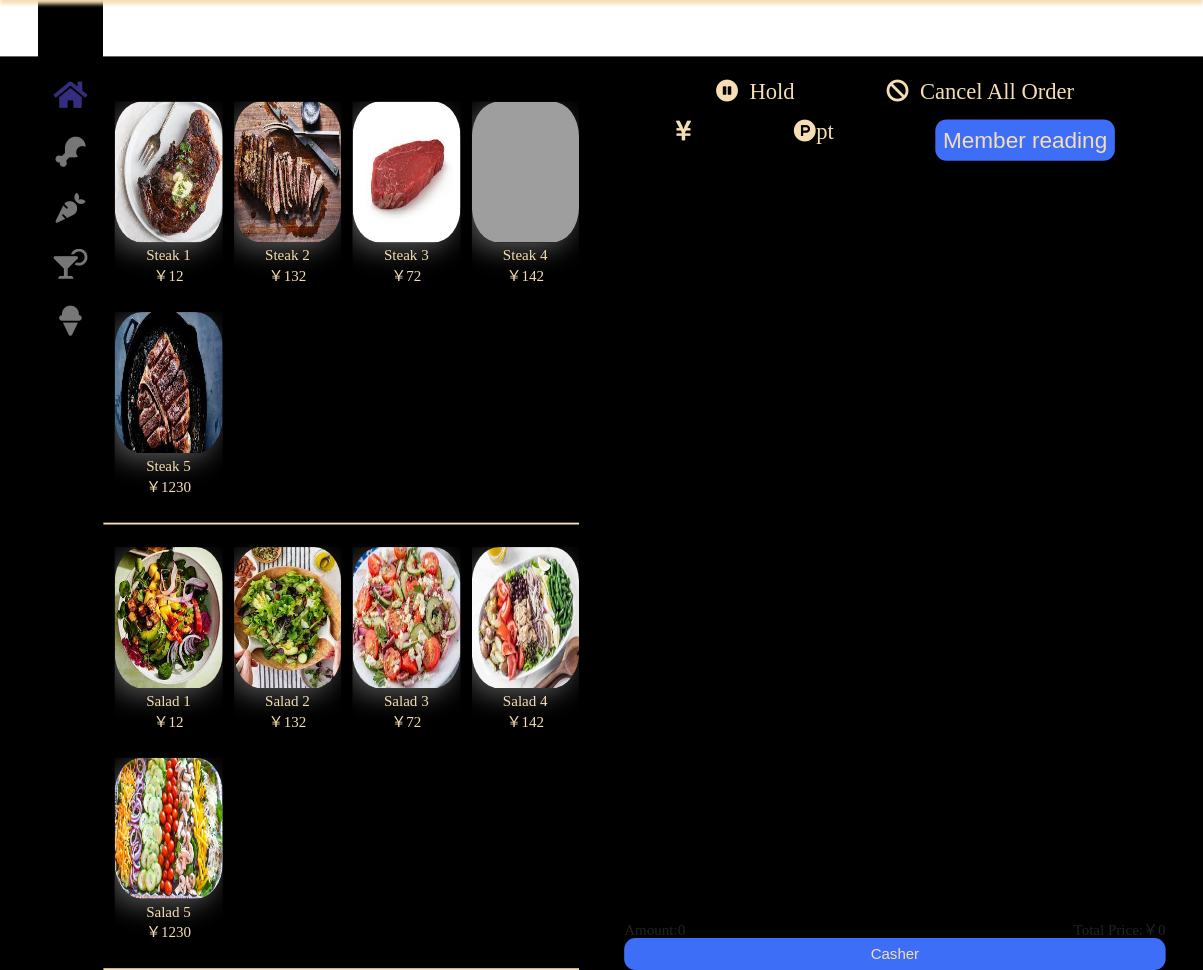
Repository: vuhungson158/Menu
Page: /
The author's editor kept a copy of each file at every save. The page is drawn from the files as they stood at one save, then again after the next save.
The browser window is 1280 px wide. The pictures show the whole page, at 94% of full size.
Pictures or frames that could not be fetched are drawn as grey boxes. The project was rebuilt for these pictures with package versions that can differ from the ones it lists, and the page was loaded fresh each time. Also part of the build but not shown: src/component/mainMenu/orderBlock/orderContent/OrderedItem.jsx, src/redux-store/actions/HoldActions.jsx, src/component/mainMenu/orderBlock/utilities/HoldItem.jsx.

Above is the page before, as saved 2021-08-22 10:25:33.

After the next save:
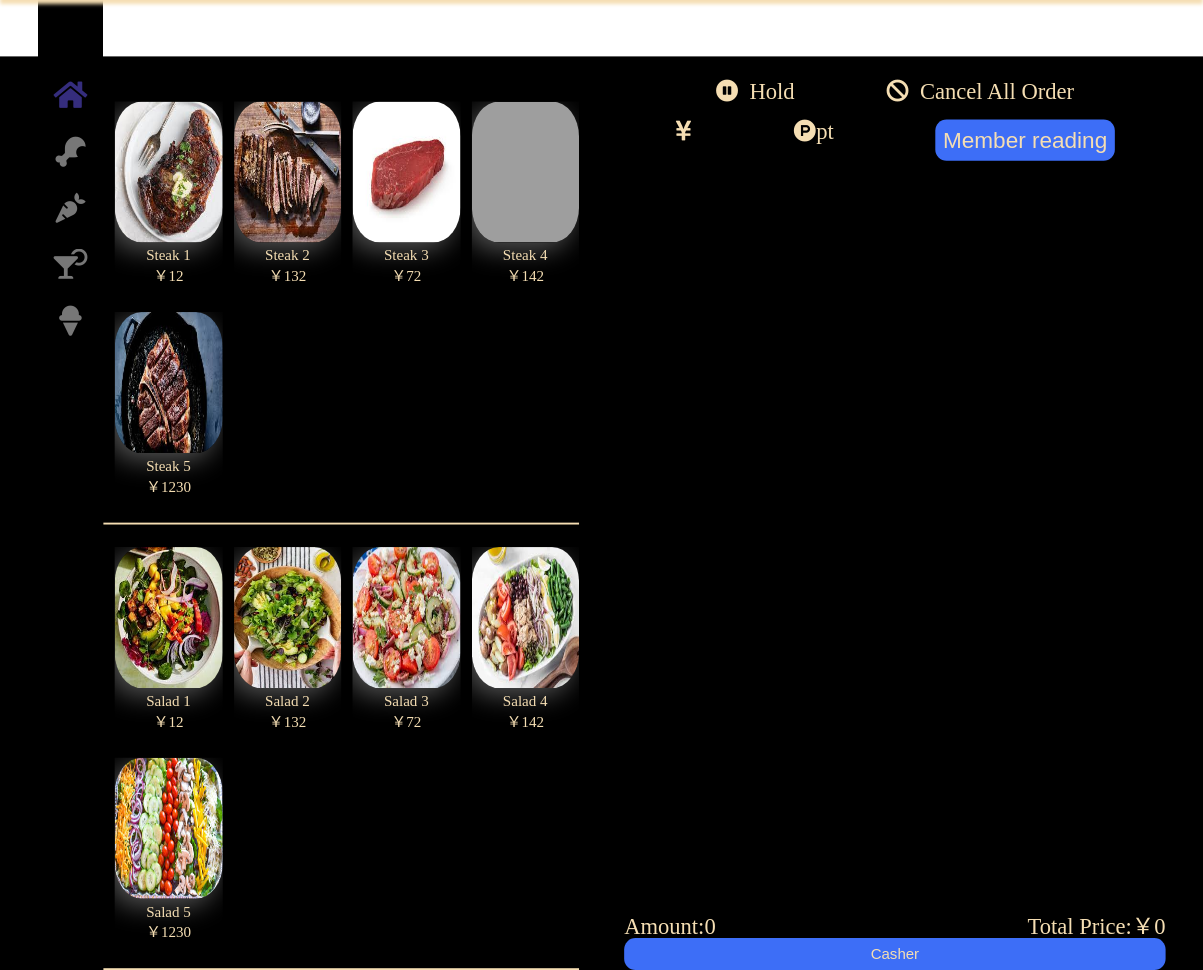
Saved 21 s later.
--- a/src/styles/App.scss
+++ b/src/styles/App.scss
@@ -262,8 +262,8 @@ body {
                 #utilities {
                     position: relative;
                     display: flex;
+                    justify-content: space-evenly;
                     color: $color_1st;
-                    justify-content: space-evenly;
                     font-size: 1.5rem;
                     z-index: 1;
                     & > div {
@@ -334,6 +334,8 @@ body {
                 #total {
                     display: flex;
                     justify-content: space-between;
+                    color: $color_1st;
+                    font-size: 1.5rem;
                 }
                 #casher-btn {
                     border-radius: 12px;
